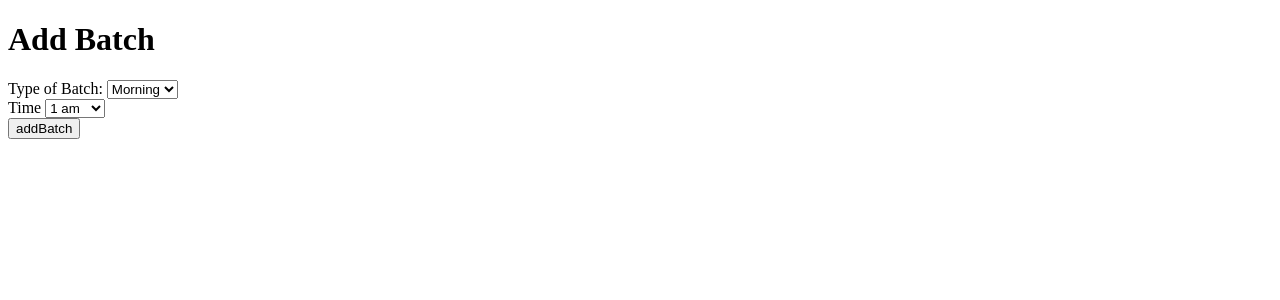
Repository: Jannis-Buschhaus/simplilearn-assessment-phase2
Page: http://localhost/FunfitWebapp/addBatch.jsp
The author's editor kept a copy of each file at every save. The page is drawn from the files as they stood at one save, then again after the next save.
The browser window is 1280 px wide. The pictures show the whole page.
The page is served by Tomcat 9.

Above is the page before, as saved 2024-05-28 09:50:00.

After the next save:
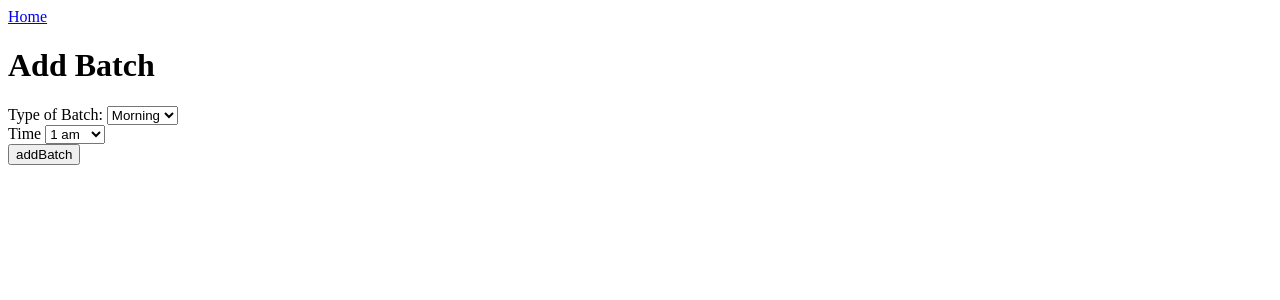
Saved 8 min 55 s later.
--- a/FunfitWebapp/src/main/webapp/addBatch.jsp
+++ b/FunfitWebapp/src/main/webapp/addBatch.jsp
@@ -7,6 +7,7 @@
 <title>Add Batch</title>
 </head>
 <body>
+	<a href="index.jsp">Home</a>
 	<h1>Add Batch</h1>
 	<form action="BatchController" method="post">
 	<label for="typeOfBatch">Type of Batch: </label>
